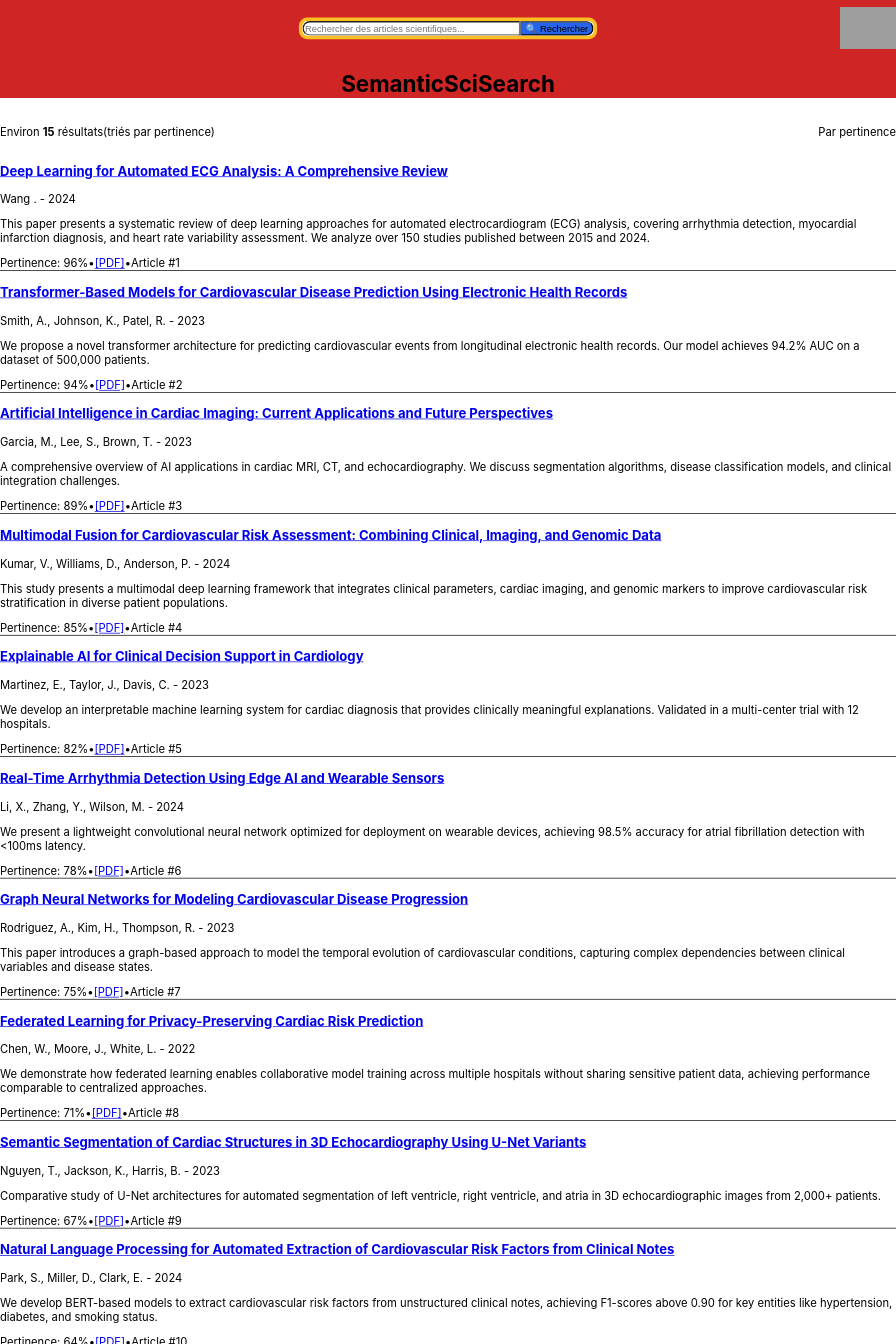
Repository: elh33/SemanticSciSearch
Page: / (app in frontend/)
An editor plug-in stored every save of this project. The page is shown before and after a run of saves, followed by the edit.
The browser window is 1280 px wide. The pictures show the part of the page from y = 0 to 1920 px (the page is 2736 px tall), at 70% of full size.
Pictures or frames that could not be fetched are drawn as grey boxes. The project was rebuilt for these pictures with package versions that can differ from the ones it lists, and the page was loaded fresh each time.

Above is the page before, as saved 2025-11-21 22:45:34.

After the next 2 saves:
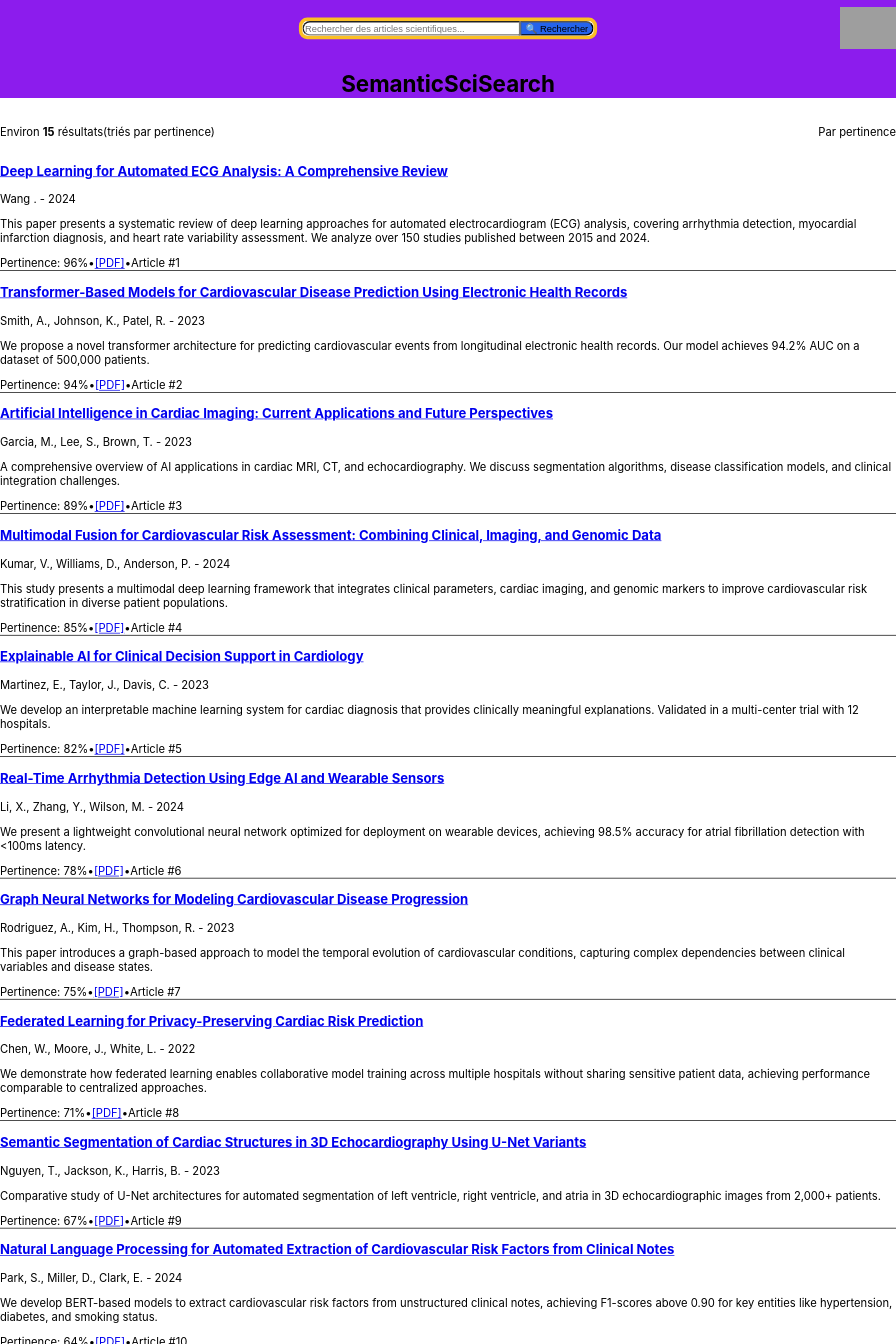
The 2 saves are shown as one change because they came seconds apart.
The last was saved 6 s later.
--- a/frontend/src/components/SearchResults.tsx
+++ b/frontend/src/components/SearchResults.tsx
@@ -39,7 +39,7 @@ const SearchResults: React.FC = () => {
   return (
     <div className="min-h-screen bg-white">
       {/* En-tête avec fond bleu foncé - GRANDE BARRE */}
-      <div style={{ backgroundColor: '#cf2525ff' }} className="sticky top-0 z-10 shadow-lg py-8">
+      <div style={{ backgroundColor: '#8c1cedff' }} className="sticky top-0 z-10 shadow-lg py-8">
         <div className="max-w-7xl mx-auto px-4">
           <div className="flex items-center justify-between gap-6">
             {/* Espace vide à gauche pour centrer la barre */}
